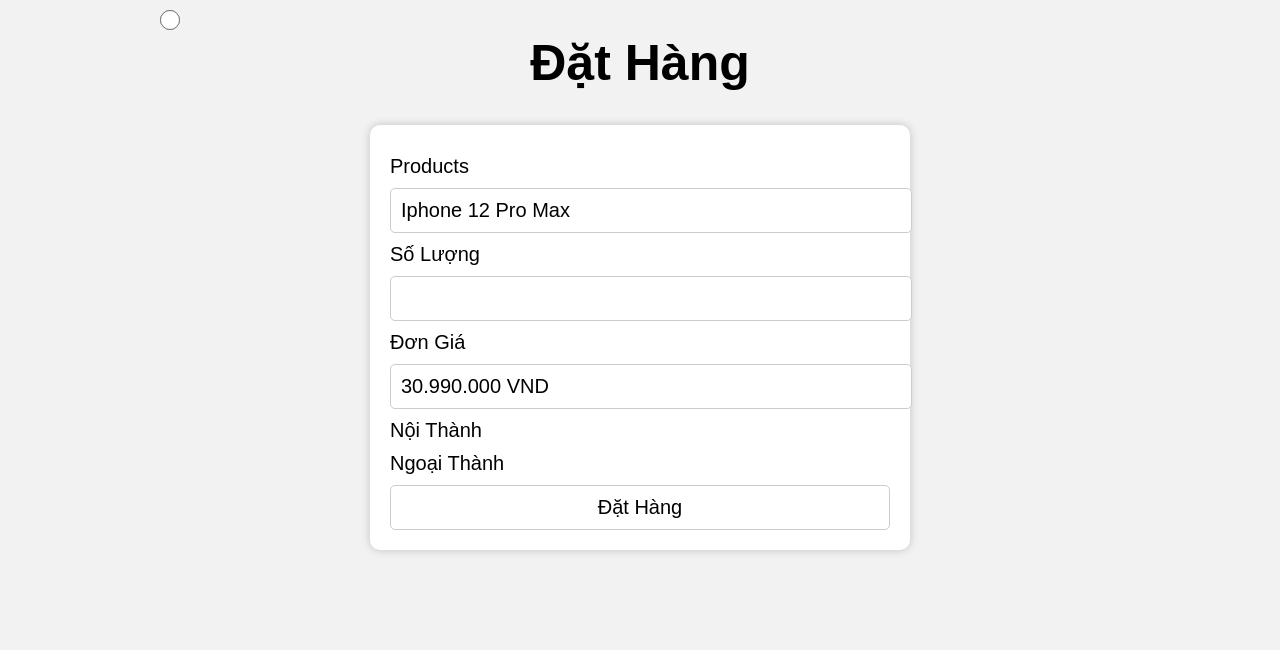
Repository: hisu87/WEB1043-JS
Page: Lab-Done-JS/Lab-7/html/Oder.html
These files come from the project's save history. The page is drawn as it stood at one moment and after the next save; the edit follows.
The browser window is 1280 px wide. The pictures show the whole page.

Above is the page before, as saved 2023-04-08 13:11:18.

After the next save:
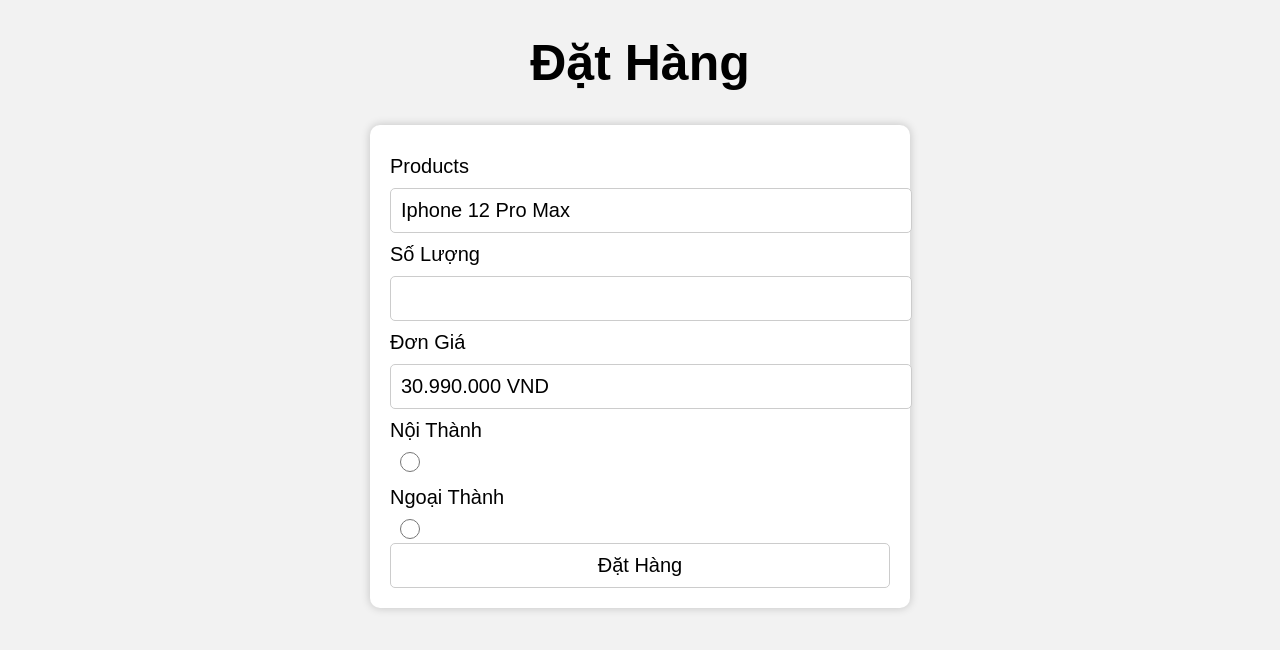
Saved 19 s later.
--- a/Lab-Done-JS/Lab-7/html/Oder.html
+++ b/Lab-Done-JS/Lab-7/html/Oder.html
@@ -70,9 +70,7 @@
             width: 20px;
             height: 20px;
             margin: 0 10px;
-            left: 150px;
-            top: 10px;
-            position: absolute;
+            display: inline-block;
         }
     </style>
 </head>
